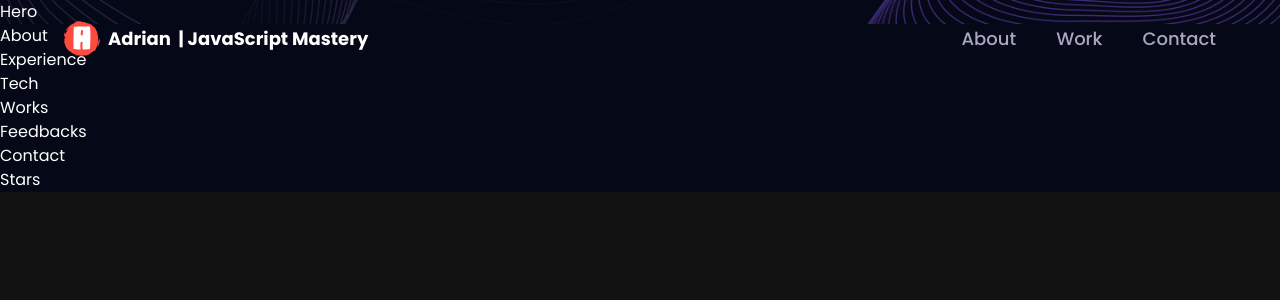
Repository: smallchungus/updatedPersonalWebsite
Page: /
An editor plug-in stored every save of this project. The page is shown before and after the next save, followed by the edit.
The browser window is 1280 px wide. The pictures show the whole page.
The project was rebuilt for these pictures with package versions that can differ from the ones it lists, and the page was loaded fresh each time. Also part of the build but not shown: vite.config.js, src/components/canvas/Earth.jsx, src/components/canvas/Ball.jsx, src/components/canvas/Computers.jsx.

Above is the page before, as saved 2023-11-26 11:37:22.

After the next save:
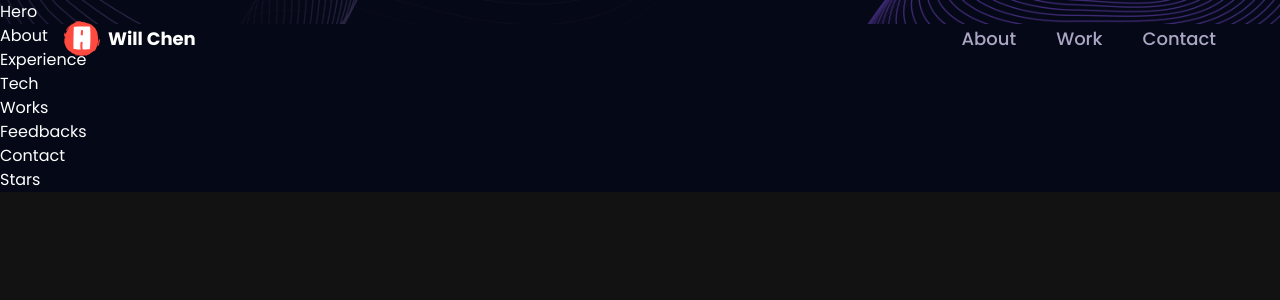
Saved 49 s later.
--- a/src/components/Navbar.jsx
+++ b/src/components/Navbar.jsx
@@ -44,8 +44,7 @@ const Navbar = () => {
         >
           <img src={logo} alt='logo' className='w-9 h-9 object-contain' />
           <p className='text-white text-[18px] font-bold cursor-pointer flex '>
-            Adrian &nbsp;
-            <span className='sm:block hidden'> | JavaScript Mastery</span>
+            Will Chen
           </p>
         </Link>
 
